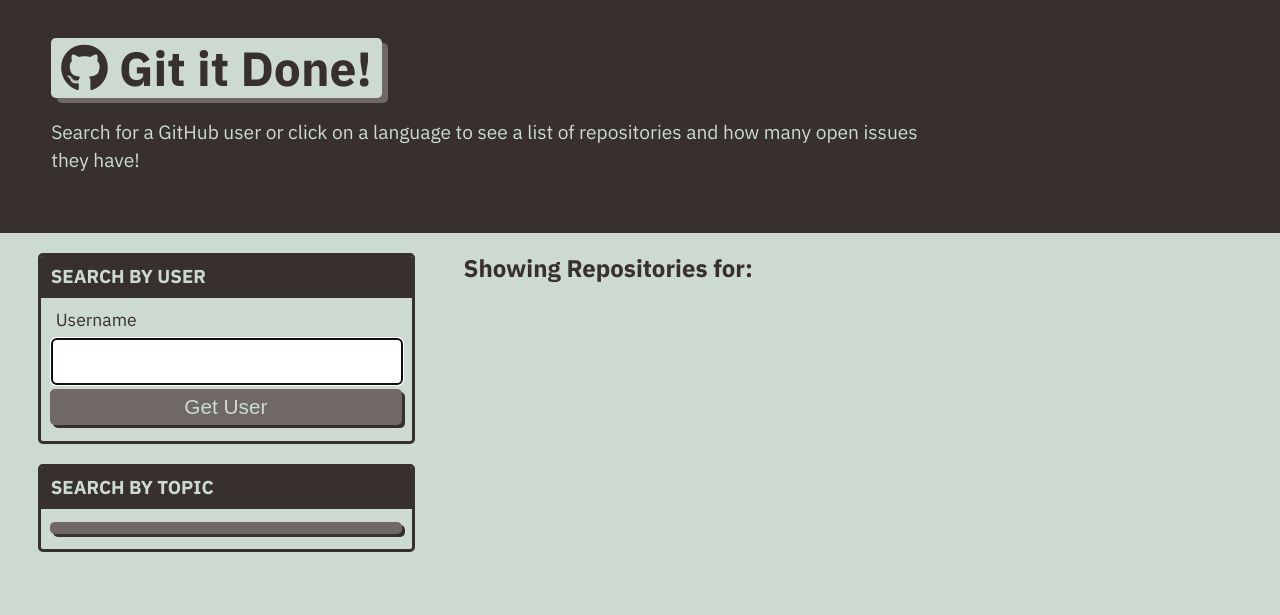
Repository: Brookethorson/git-it-done
Page: index.html
The author's editor kept a copy of each file at every save. The page is drawn from the files as they stood at one save, then again after the next save.
The browser window is 1280 px wide. The pictures show the whole page.
Some web libraries are served in a nearby version.

Above is the page before, as saved 2021-09-04 17:40:52.

After the next save:
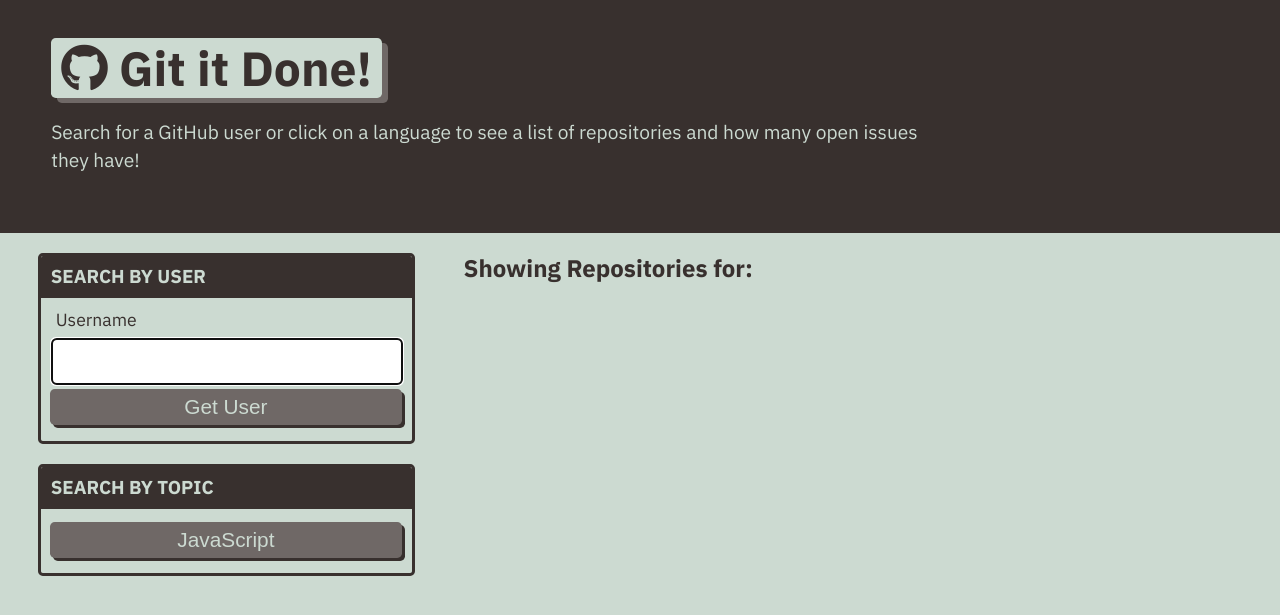
Saved 8 s later.
--- a/index.html
+++ b/index.html
@@ -34,7 +34,7 @@
       <div class="card">
         <h3 class="card-header text-uppercase">Search By Topic</h3>
         <div class="card-body" id="langauge-buttons">
-          <button class="btn"></button>
+          <button class="btn">JavaScript</button>
         </div>
       </div>
     </div>
